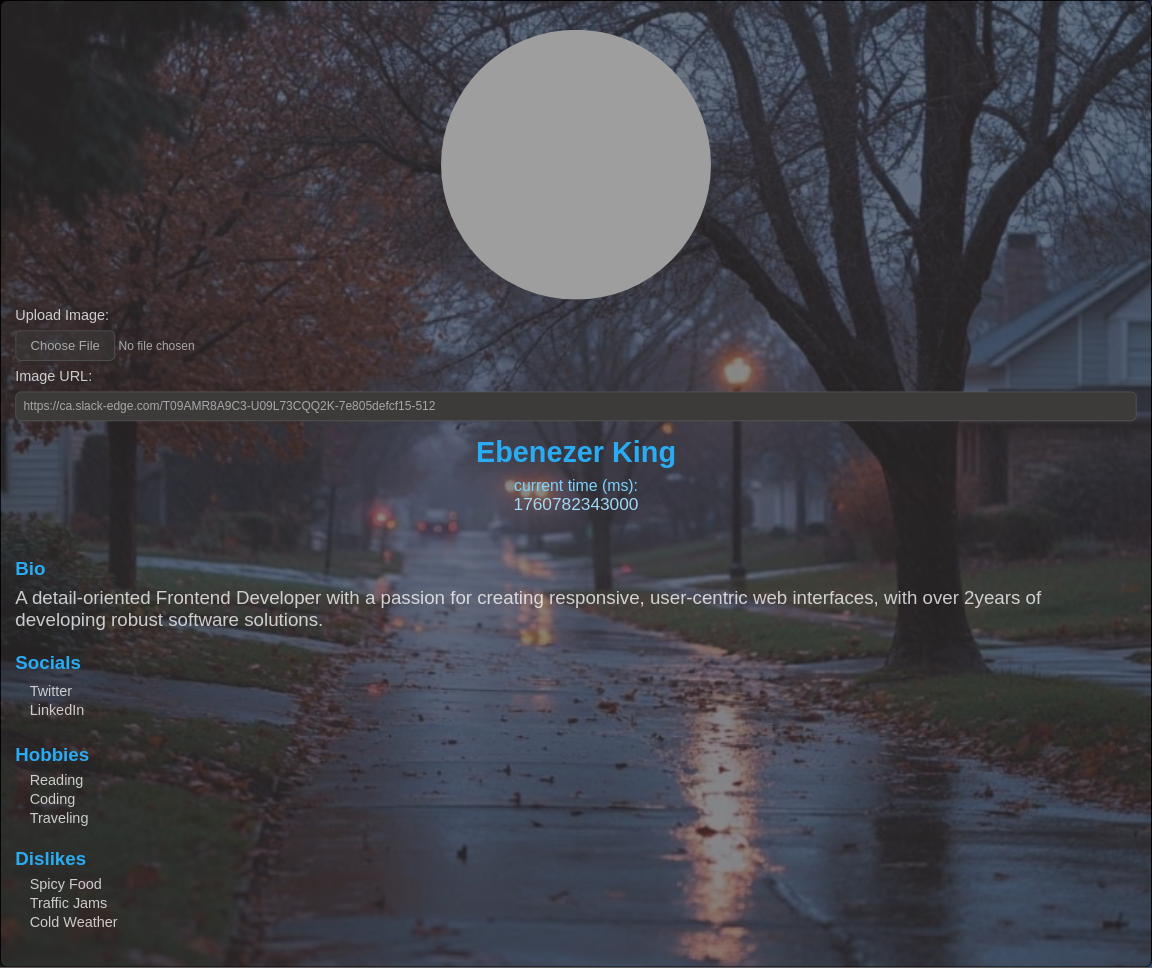
Repository: ebenezertiewei/profileCard
Page: index.html
The author's editor kept a copy of each file at every save. The page is drawn from the files as they stood at one save, then again after the next save.
The browser window is 1280 px wide. The pictures show the whole page, at 90% of full size.
Pictures or frames that could not be fetched are drawn as grey boxes.

Above is the page before, as saved 2025-10-18 10:33:42.

### index.html
<!DOCTYPE html>
<html lang="en">
	<head>
		<meta charset="UTF-8" />
		<meta name="viewport" content="width=device-width, initial-scale=1.0" />
		<title>Profile Card</title>
		<link rel="stylesheet" href="style.css" />
	</head>
	<body>
		<!--------------------------------- PROFILE CARD CONTAINER ---------------------------->
		<article data-testid="test-profile-card">
			<!---------------------------------- PROFILE HEADER ---------------------------->
			<section id="profileHeader">
				<figure>
					<img
						src="https://ca.slack-edge.com/T09AMR8A9C3-U09L73CQQ2K-7e805defcf15-512"
						alt="Profile Avatar"
						data-testid="test-user-avatar"
						id="profileAvatar"
					/>
					<!-- <figcaption>Ebenezer King</figcaption> -->
				</figure>
				<section class="imageUploadMethods">
					<!-- image upload -->
					<label for="avatarUpload">Upload Image:</label>
					<input type="file" id="avatarUpload" accept="image/*" />
					<!-- image url -->
					<label for="avatarUrl">Image URL:</label>
					<input
						type="url"
						id="avatarUrl"
						placeholder="https://ca.slack-edge.com/T09AMR8A9C3-U09L73CQQ2K-7e805defcf15-512"
					/>
				</section>
				<h2 data-testid="test-user-name">Ebenezer King</h2>
				<!----------- current time----------->
				<span data-testid="test-user-time-header" class="time-header">
					current time (ms):
					<p data-testid="test-user-time"></p>
				</span>
			</section>
			<!---------------------------------- PROFILE DETAILS ---------------------------->
			<section id="profileDetails">
				<h3 data-testid="test-user-bio-header" class="bio-header">Bio</h3>
				<p data-testid="test-user-bio">
					A detail-oriented Frontend Developer with a passion for creating
					responsive, user-centric web interfaces, with over 2years of
					developing robust software solutions.
				</p>
				<!--------------------- social links ------------->
				<h3
					data-testid="test-user-social-links-header"
					class="social-links-header"
				>
					Socials
				</h3>
				<nav data-testid="test-user-social-links">
					<ul>
						<li>
							<a
								href="https://x.com/txch_king?s=11&t=o3w1r65yzU2hxbP-LDD1ug"
								target="_blank"
								rel="noopener noreferrer"
								data-testid="test-user-social-twitter"
							>
								Twitter
							</a>
						</li>
						<li>
							<a
								href="https://www.linkedin.com/in/ebenezer-t-093b21320/"
								target="_blank"
								rel="noopener noreferrer"
								data-testid="test-user-social-linkedin"
							>
								LinkedIn
							</a>
						</li>
					</ul>
				</nav>
				<!--------------------- hobbies ------------->
				<section data-testid="test-user-hobbies">
					<h3 data-testid="test-user-hobbies-header" class="hobbies-header">
						Hobbies
					</h3>
					<ul>
						<li>Reading</li>
						<li>Coding</li>
						<li>Traveling</li>
					</ul>
				</section>
				<!--------------------- dislikes ------------->
				<section data-testid="test-user-dislikes">
					<h3 data-testid="test-user-dislikes-header" class="dislikes-header">
						Dislikes
					</h3>
					<ul>
						<li>Spicy Food</li>
						<li>Traffic Jams</li>
						<li>Cold Weather</li>
					</ul>
				</section>
			</section>
		</article>

		<!-- javascript link -->
		<script src="script.js"></script>
	</body>
</html>

### style.css
/* ---------------------------------------------------------------- */
/*--------------- Project body general style ---------------*/
html {
	width: 100dvw;
	font-family: Arial, sans-serif;
	font-size: 1rem;
	font-weight: 400;
}
body {
	background-color: #605a5a;
	background-image: url("./assets/states.jpg");
	background-size: cover;
	background-position: center;
	background-repeat: no-repeat;
	/* height: 100%; */
	width: 100%;
}
* {
	padding: 0;
	margin: 0;
	border: 0;
	box-sizing: border-box;
	outline: none;
}

/*--------------------------MOBILE WORKFLOW---------------------*/
/*--------------profile card container -------------------*/
article[data-testid="test-profile-card"] {
	/* height: 100%; */
	width: 100%;
	padding: 1rem;
	background-color: rgba(61, 58, 58, 0.6);
	color: rgba(255, 255, 255, 0.761);
	display: flex;
	flex-direction: column;
	align-items: center;
	border: 1px solid #020202;
	border-radius: 8px;
	box-shadow: 0 2px 4px rgba(0, 0, 0, 0.1);
	padding-bottom: 1rem;
}

/*-------------  PROFILE HEADER  -------------*/
#profileHeader {
	width: 100%;
	display: flex;
	flex-direction: column;
	padding: 1rem 0;
	/* background-color: orange; */
}
#profileHeader figure {
	display: flex;
	flex-direction: column;
	align-items: center;
	margin-bottom: 0.5rem;
}
/*------------- profile header image -------------*/
#profileHeader img {
	border-radius: 50%;
	width: 300px;
	height: 300px;
	object-fit: cover;
}
/* -------------imageUploadMethods------------ */
.imageUploadMethods {
	display: flex;
	flex-direction: column;
	align-items: start;
}

.imageUploadMethods label {
	margin-bottom: 0.5rem;
}
.imageUploadMethods input {
	margin-bottom: 0.5rem;
	width: 100%;
}
#avatarUpload::file-selector-button {
	background-color: rgba(61, 58, 58, 0.6);
	color: #a8a8a8;
	padding: 0.5rem 1rem;
	border: 1px solid #555555;
	border-radius: 6px;
	cursor: pointer;
	font-size: 0.9rem;
	transition: background 0.3s;
}
#avatarUpload::file-selector-button:hover {
	background-color: #45a049;
	color: black;
}
#avatarUpload {
	color: #a8a8a8;
}
#avatarUrl::placeholder {
	background-color: rgb(61, 58, 58);
	color: #a8a8a8;
}
#avatarUrl {
	/* color: #ccc; */
	padding: 0.5rem;
	background-color: rgb(61, 58, 58);
	border: 1px solid #555555;
	border-radius: 6px;
}
/*--------------profile name --------------*/
#profileHeader h2 {
	display: flex;
	justify-content: center;
	margin: 0.5rem 0;
	font-size: 2rem;
	font-weight: 600;
	color: #2aacf3;
}
/*-------------- current time --------------*/
#profileHeader span[data-testid="test-user-time-header"] {
	display: flex;
	flex-direction: column;
	justify-content: center;
	align-items: center;
	font-size: 1.1rem;
	margin-bottom: 1rem;
	color: #7ed2ff;
}
#profileHeader p[data-testid="test-user-time"] {
	margin-bottom: 1rem;
	font-size: 1.2rem;
	color: #a1d8f6;
}
/*--------------  PROFILE DETAILS  --------------*/
.bio-header {
	display: flex;
	flex-direction: column;
	justify-content: start;
	margin-bottom: 0.5rem;
	font-size: 1.3rem;
	color: #2aacf3;
}
#profileDetails p[data-testid="test-user-bio"] {
	font-size: 1.3rem;
	margin-bottom: 1.5rem;
}
/* ------------------ social links --------------- */
.social-links-header {
	display: flex;
	flex-direction: column;
	justify-content: start;
	margin-bottom: 0.5rem;
	font-size: 1.3rem;
	color: #2aacf3;
}
#profileDetails nav[data-testid="test-user-social-links"] {
	display: flex;
	flex-direction: column;
	justify-content: start;
	margin-bottom: 1.5rem;
}
#profileDetails nav[data-testid="test-user-social-links"] ul {
	list-style: none;
}
#profileDetails nav[data-testid="test-user-social-links"] li {
	margin: 0.2rem 1rem;
}
#profileDetails nav[data-testid="test-user-social-links"] a {
	color: #ccc;
	text-decoration: none;
}
#profileDetails nav[data-testid="test-user-social-links"] a:hover {
	text-decoration: underline;
}
/* ------------------ hobbies --------------- */
.hobbies-header {
	display: flex;
	flex-direction: column;
	justify-content: start;
	margin-bottom: 0.5rem;
	font-size: 1.3rem;
	color: #2aacf3;
}
#profileDetails section[data-testid="test-user-hobbies"] ul {
	list-style: none;
	margin-bottom: 1.5rem;
}
#profileDetails section[data-testid="test-user-hobbies"] li {
	margin: 0.2rem 1rem;
}
/* ------------------ dislikes --------------- */
.dislikes-header {
	display: flex;
	flex-direction: column;
	justify-content: start;
	margin-bottom: 0.5rem;
	font-size: 1.3rem;
	color: #2aacf3;
}
#profileDetails section[data-testid="test-user-dislikes"] ul {
	list-style: none;
	margin-bottom: 1.5rem;
}
#profileDetails section[data-testid="test-user-dislikes"] li {
	margin: 0.2rem 1rem;
}

### script.js
// --------------------------------------------------------------------------
// ------------------- current time in milliseconds ----------
window.addEventListener("DOMContentLoaded", () => {
	const timeElement = document.querySelector('[data-testid="test-user-time"]');

	function updateTime() {
		const currentTime = Date.now();
		timeElement.textContent = currentTime;
	}

	updateTime();
	setInterval(updateTime, 1000);
});

// --------------------------------------------------------------------------
// ------------------- avatar image upload and image url upload ----------
window.addEventListener("DOMContentLoaded", () => {
	const avatarImg = document.getElementById("profileAvatar");
	const avatarImgUpload = document.getElementById("avatarUpload");
	const urlImgUpload = document.getElementById("avatarUrl");

	// Update avatar when a file is uploaded
	avatarImgUpload.addEventListener("change", (event) => {
		const file = event.target.files[0];
		if (file) {
			const imageUrl = URL.createObjectURL(file);
			avatarImg.src = imageUrl;

			// optional: revoke URL later to free memory
			avatarImg.onload = () => URL.revokeObjectURL(imageUrl);
		}
	});

	// Update avatar when a URL is entered
	urlImgUpload.addEventListener("input", () => {
		const url = urlImgUpload.value.trim();
		if (url) {
			avatarImg.src = url;
		}
	});
});

After the next save:
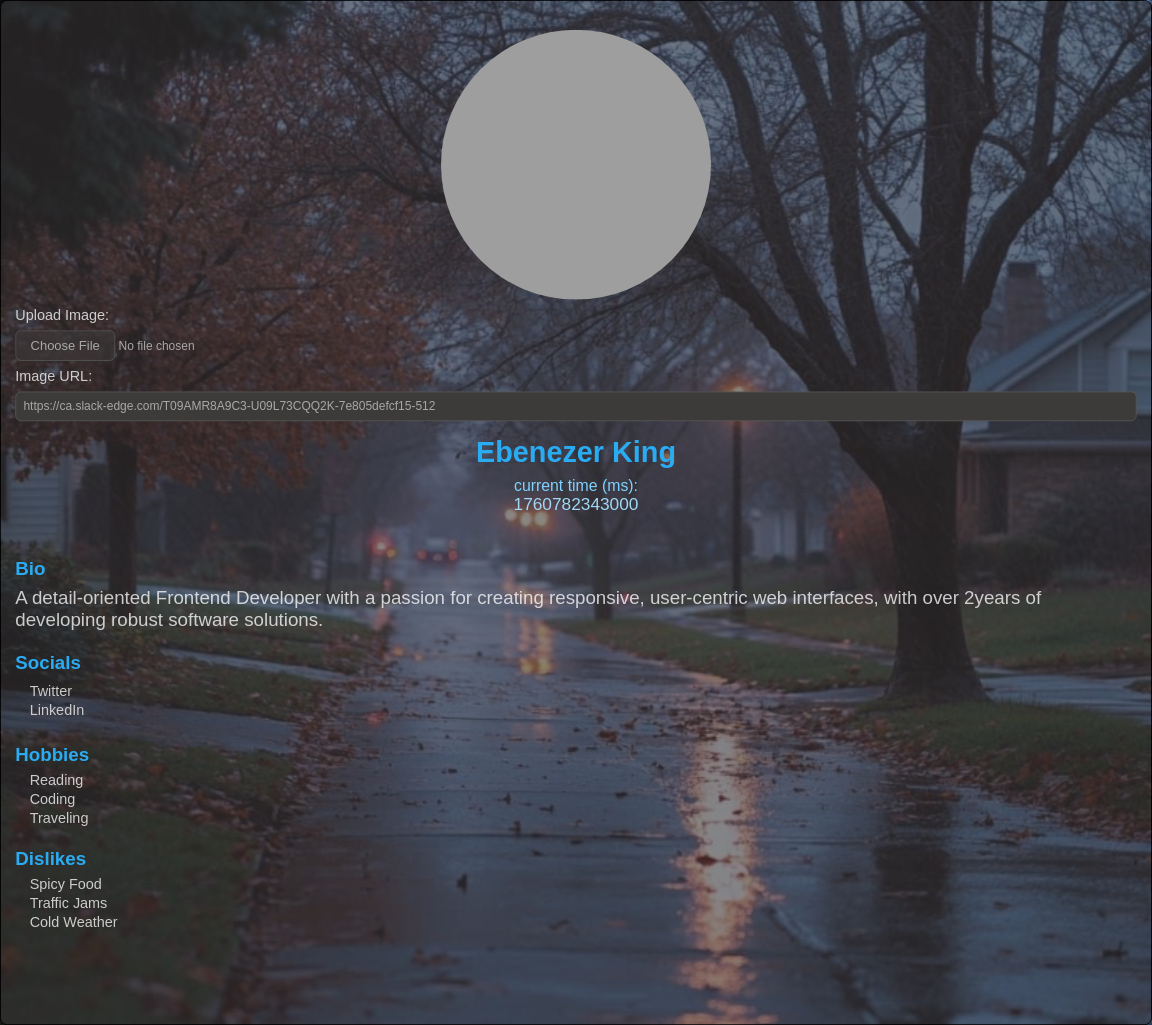
Saved 4 s later.
--- a/style.css
+++ b/style.css
@@ -37,7 +37,7 @@
 	border: 1px solid #020202;
 	border-radius: 8px;
 	box-shadow: 0 2px 4px rgba(0, 0, 0, 0.1);
-	padding-bottom: 1rem;
+	padding-bottom: 5rem;
 }
 
 /*-------------  PROFILE HEADER  -------------*/

After the save that followed:
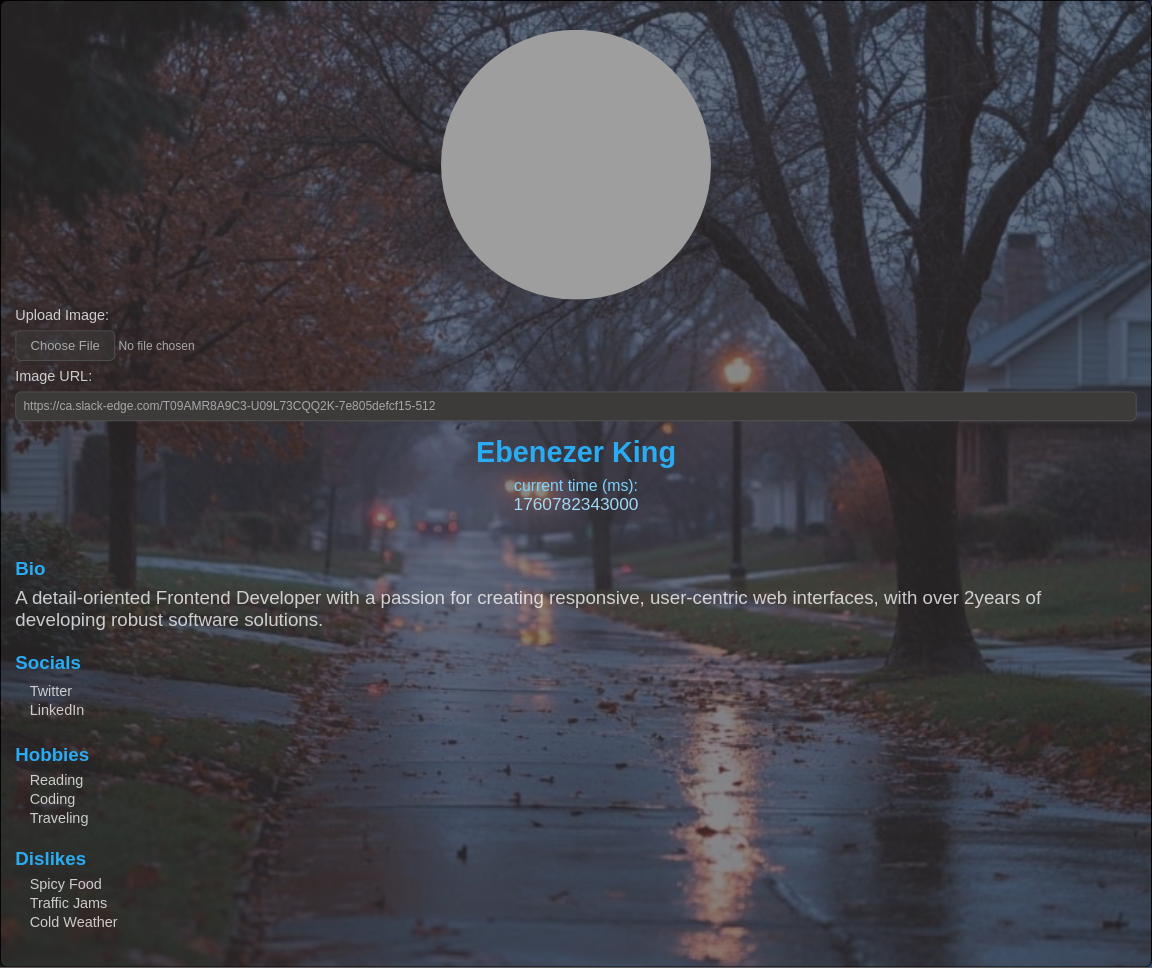
Saved 29 s later.
--- a/style.css
+++ b/style.css
@@ -37,7 +37,6 @@
 	border: 1px solid #020202;
 	border-radius: 8px;
 	box-shadow: 0 2px 4px rgba(0, 0, 0, 0.1);
-	padding-bottom: 5rem;
 }
 
 /*-------------  PROFILE HEADER  -------------*/
